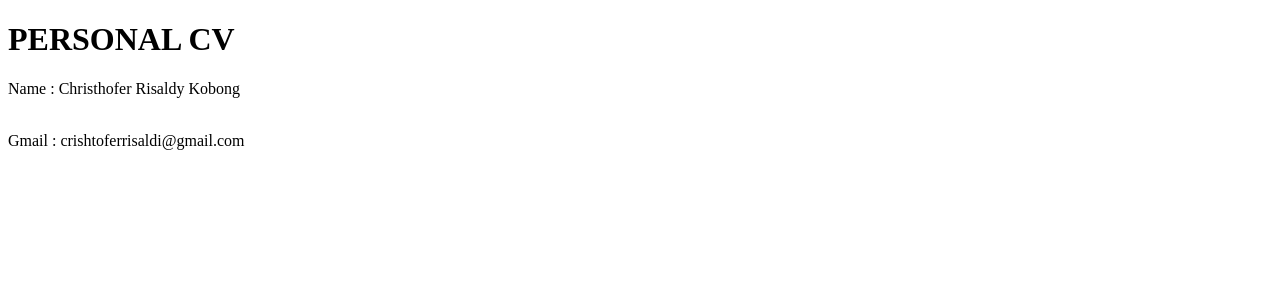
Repository: ChristhoferRisaldy/CVWeb
Page: web.html
An editor plug-in stored every save of this project. The page is shown before and after the next save, followed by the edit.
The browser window is 1280 px wide. The pictures show the whole page.

Above is the page before, as saved 2025-02-21 19:40:57.

### web.html
<!DOCTYPE html>
<html>
    <body>
        <h1>PERSONAL CV</h1>
        <p>Name : Christhofer Risaldy Kobong</p><br>
         Gmail : crishtoferrisaldi@gmail.com
</html>

After the next save:
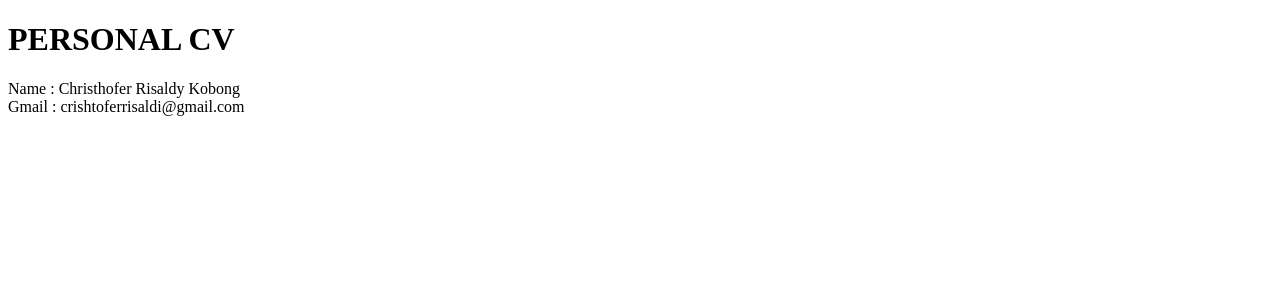
Saved 106 s later.
--- a/web.html
+++ b/web.html
@@ -2,6 +2,8 @@
 <html>
     <body>
         <h1>PERSONAL CV</h1>
-        <p>Name : Christhofer Risaldy Kobong</p><br>
-         Gmail : crishtoferrisaldi@gmail.com
+        <p>
+            Name : Christhofer Risaldy Kobong<br>
+             Gmail : crishtoferrisaldi@gmail.com
+        </p>
 </html>
